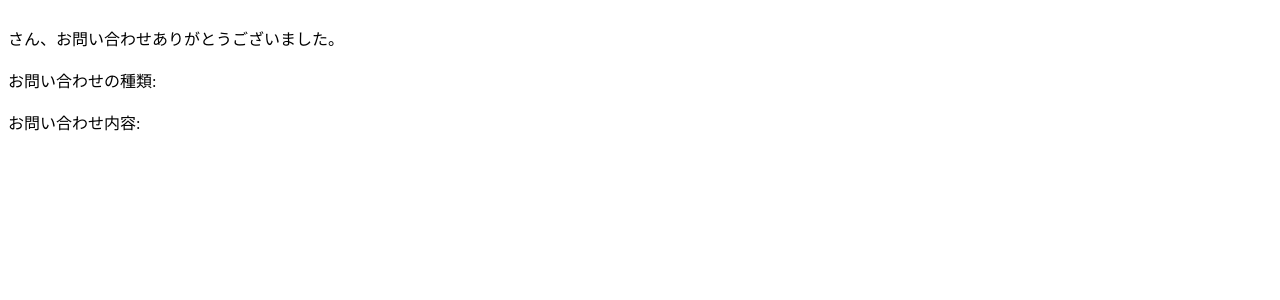
Repository: 1209mori05/test
Page: http://localhost/WebProj2/inquiryComplete.jsp
The author's editor kept a copy of each file at every save. The page is drawn from the files as they stood at one save, then again after the next save.
The browser window is 1280 px wide. The pictures show the whole page.
The page is served by Tomcat 9.

Above is the page before, as saved 2018-03-13 08:23:03.

After the next save:
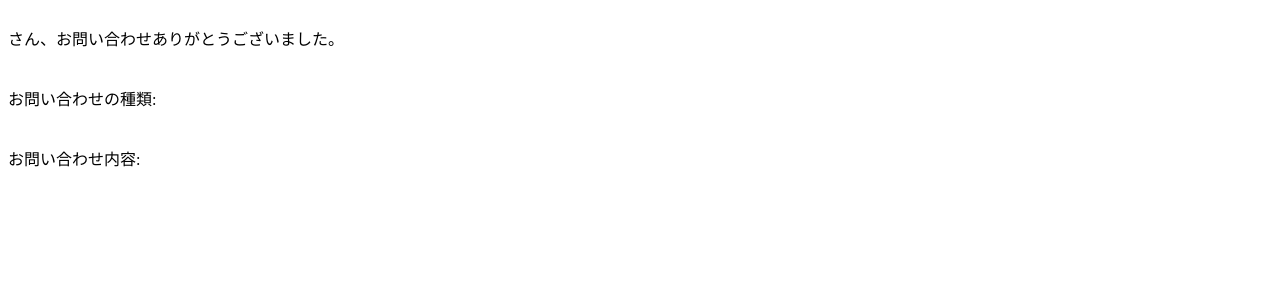
Saved 87 s later.
--- a/WebProj2/WebContent/inquiryComplete.jsp
+++ b/WebProj2/WebContent/inquiryComplete.jsp
@@ -9,12 +9,12 @@
 </head>
 <body>
 	<br>
-	<s:property value="name" />さん、お問い合わせありがとうございました。<br><br>
+	<s:property value="name" />さん、お問い合わせありがとうございました。<br><br><br>
 	お問い合わせの種類:<br>
 	<s:if test='qtype=="company"'>会社について</s:if>
 	<s:if test='qtype=="product"'>製品について</s:if>
 	<s:if test='qtype=="support"'>アフターサポートについて</s:if>
-	<br>お問い合わせ内容:<br>
+	<br><br>お問い合わせ内容:<br>
 	<s:property value="body" />
 </body>
 </html>
